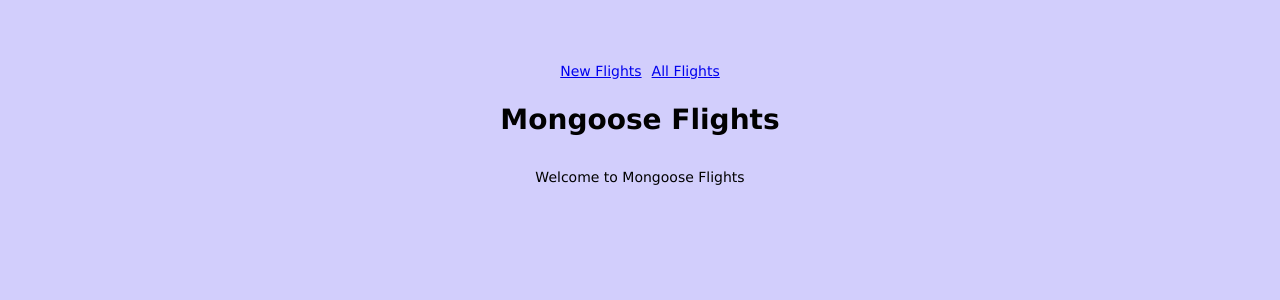
Repository: jmendoza13/mongoose-flights
Page: http://localhost/
The author's editor kept a copy of each file at every save. The page is drawn from the files as they stood at one save, then again after the next save.
The browser window is 1280 px wide. The pictures show the whole page.
The page is served by the project's Node server (server.js).

Above is the page before, as saved 2022-07-22 12:14:57.

After the next save:
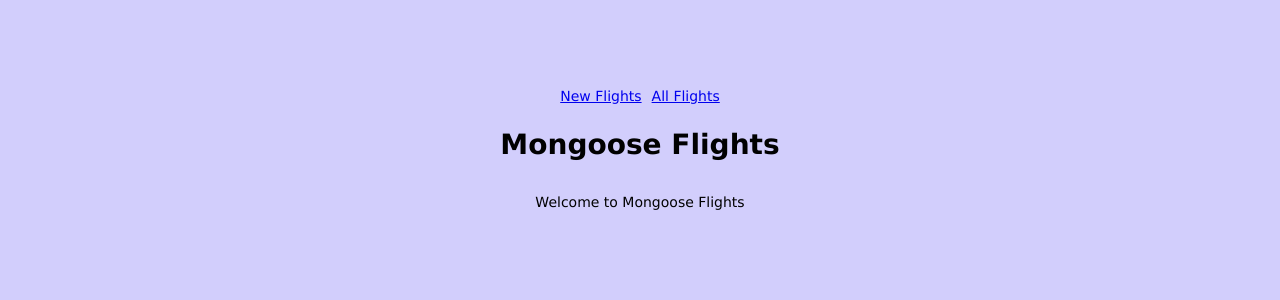
Saved 116 s later.
--- a/public/stylesheets/style.css
+++ b/public/stylesheets/style.css
@@ -1,5 +1,5 @@
 body {
-  padding: 50px;
+  padding: 75px;
   font: 14px "Lucida Grande", Helvetica, Arial, sans-serif;
   display: grid;
   justify-content: center;

After the save that followed:
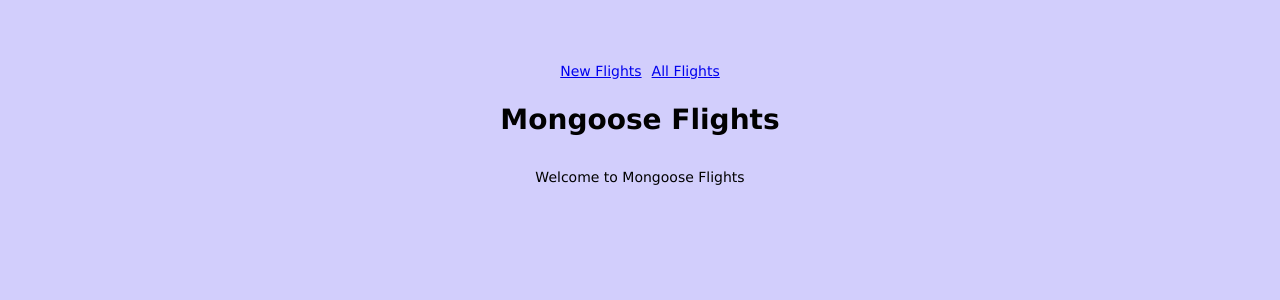
Saved 7 s later.
--- a/public/stylesheets/style.css
+++ b/public/stylesheets/style.css
@@ -1,5 +1,5 @@
 body {
-  padding: 75px;
+  padding: 50px;
   font: 14px "Lucida Grande", Helvetica, Arial, sans-serif;
   display: grid;
   justify-content: center;
